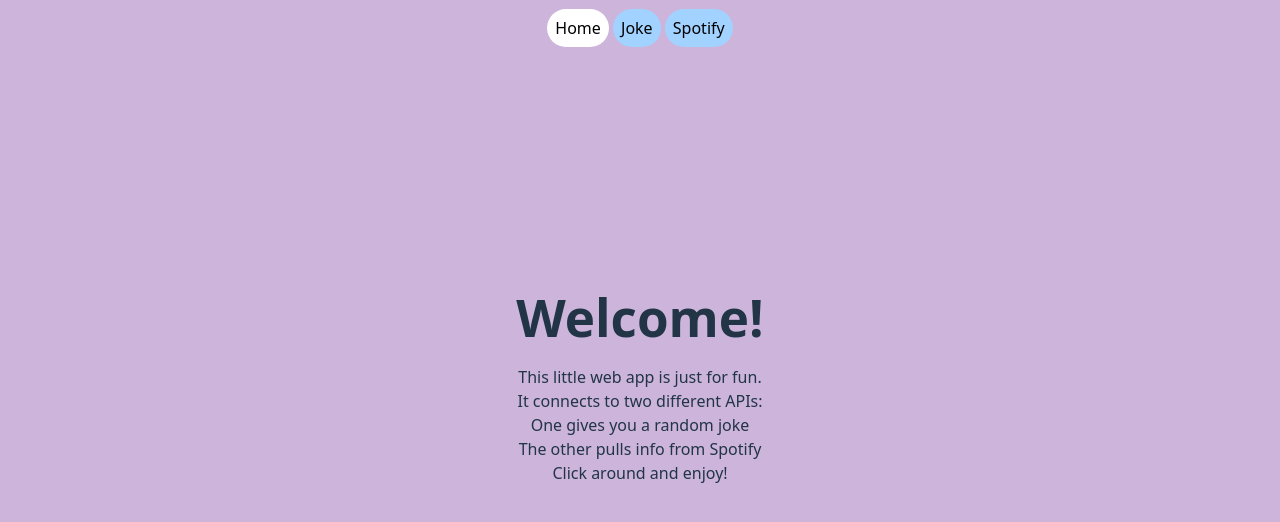
Repository: rosieomusic/spotify-react
Page: /
The author's editor kept a copy of each file at every save. The page is drawn from the files as they stood at one save, then again after the next save.
The browser window is 1280 px wide. The pictures show the whole page.
The page's requests for data from a server got no answer. The project was rebuilt for these pictures with package versions that can differ from the ones it lists, and the page was loaded fresh each time. No one was signed in, and anything a server would have sent is missing. Also part of the build but not shown: vite.config.js, src/services/SpotifyService.js, src/components/AlbumComponent.jsx, src/pages/SpotifyPage.jsx, src/services/JokeService.js, src/pages/JokePage.jsx.

Above is the page before, as saved 2025-05-09 20:11:07.

After the next save:
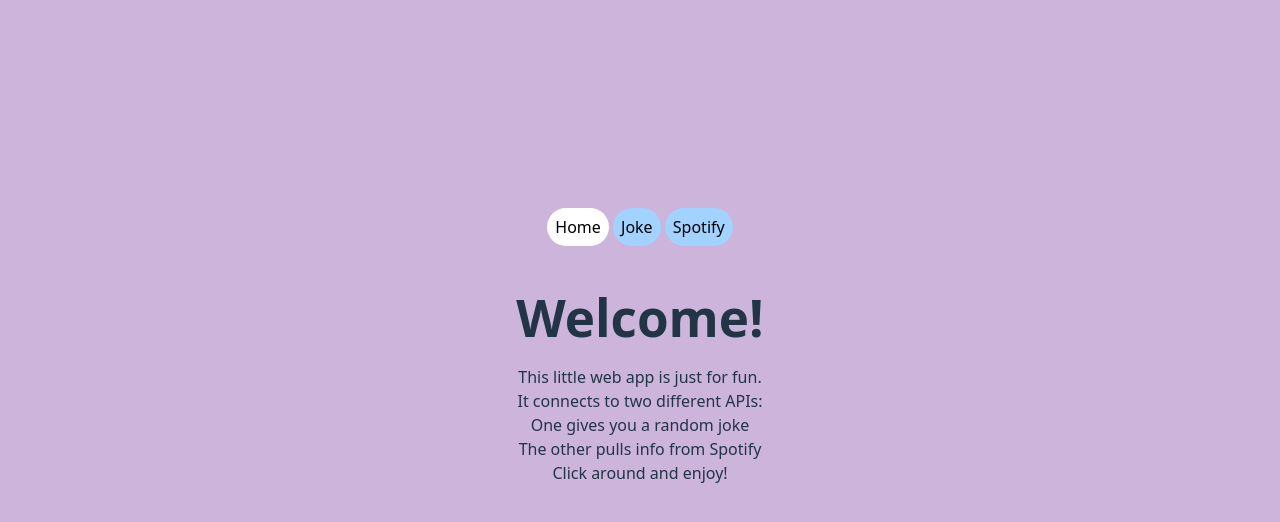
Saved 18 s later.
--- a/src/App.css
+++ b/src/App.css
@@ -1,13 +1,12 @@
 html,
 body {
-	height: 100dvh;
+	height: 100%;
 	margin: 0;
 	padding: 0;
 }
 #app-container {
 	display: flex;
 	flex-direction: column;
-	min-height: 100dvh;
 }
 
 #root {
